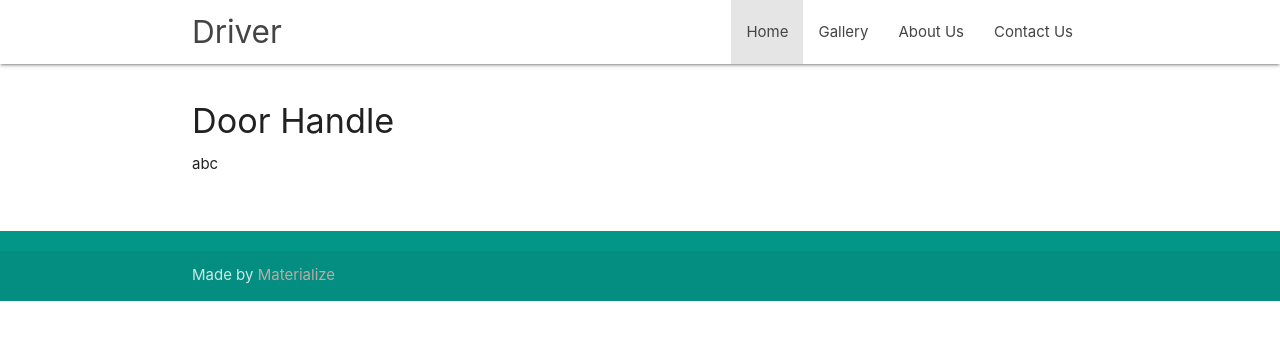
Repository: Madhav-77/Hardware-Shop
Page: http://localhost/home/gallery
These files come from the project's save history. The page is drawn as it stood at one moment and after the next save; the edit follows.
The browser window is 1280 px wide. The pictures show the whole page.
Some web libraries are served in a nearby version. The page is served by the project's Laravel application, run on PHP 8.4 with Laravel 8.

Above is the page before, as saved 2019-06-21 22:35:51.
Console error: TypeError: Cannot read properties of undefined (reading 'top')

After the next save:
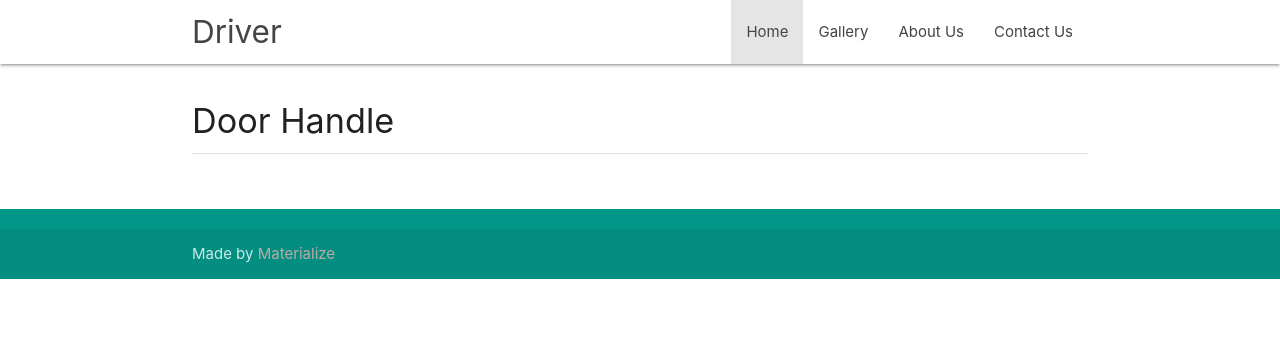
Saved 73 s later.
--- a/resources/views/gallery.blade.php
+++ b/resources/views/gallery.blade.php
@@ -43,7 +43,7 @@
         <div class="section">
             <div class="row">
                 <h4 align="left" style="color:rgba(0, 0, 0, 0.87);">Door Handle</h4>
-                <div class="row card-content">
+                <div class="row divider">
                     abc
                 </div>
             </div>
